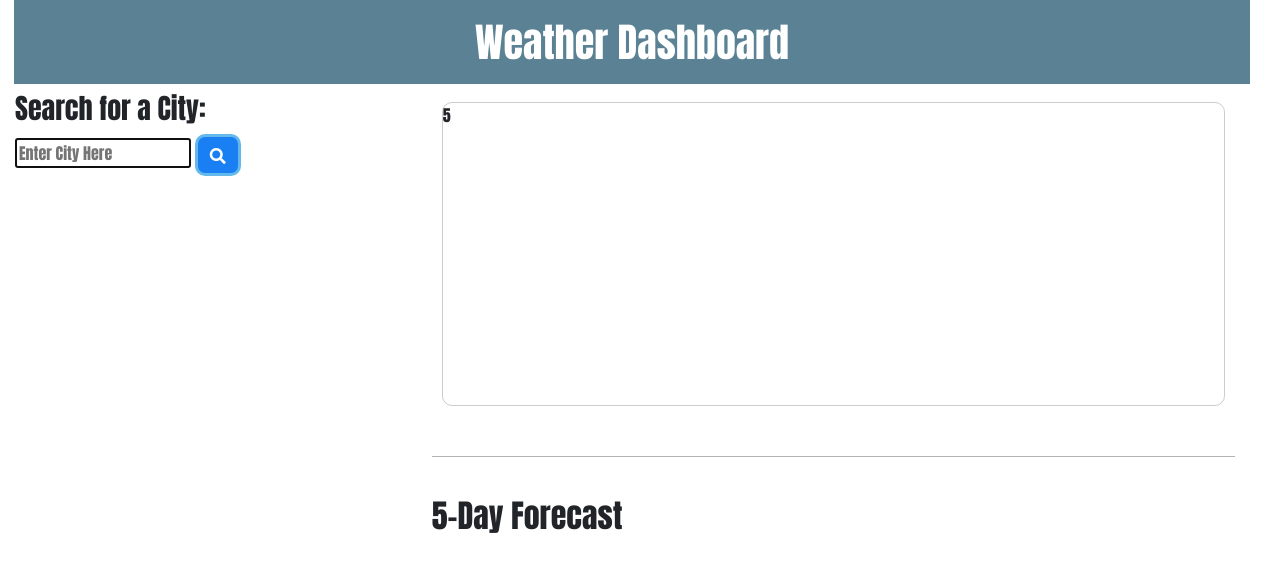
Repository: KHudaKoz/Weather-dashboard
Page: index.html
An editor plug-in stored every save of this project. The page is shown before and after the next save, followed by the edit.
The browser window is 1280 px wide. The pictures show the whole page.
Some web libraries are served in a nearby version.

Above is the page before, as saved 2021-01-29 18:52:41.

After the next save:
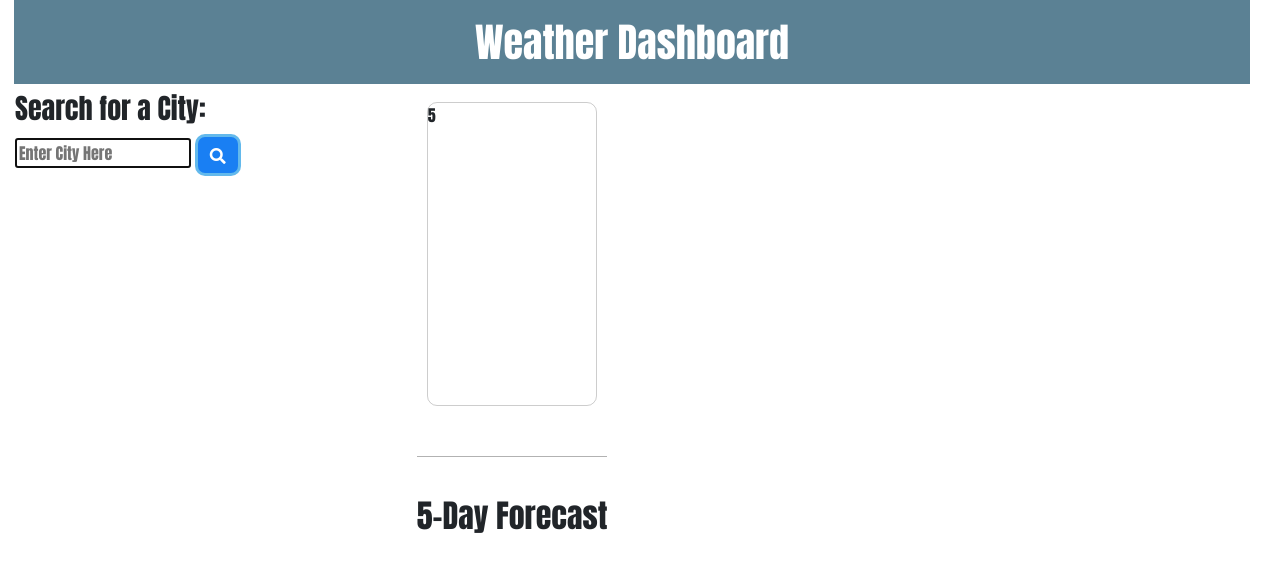
Saved 118 s later.
--- a/index.html
+++ b/index.html
@@ -44,7 +44,7 @@
                     </div>
                 </div>
             </div>
-               <div class="col col-md-8">
+               <div class="col- 8col-md-8">
             <div class="current-weather-container">
                 <div id="current-weather">5</div>
                 <div id="uv-display-styles"></div>

After the save that followed:
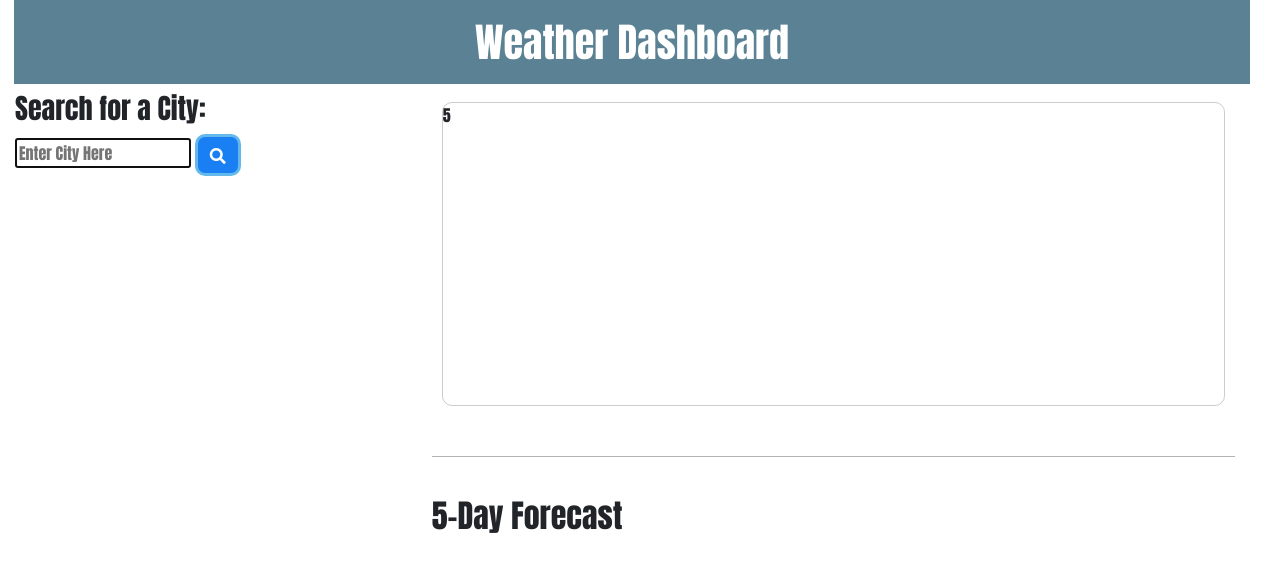
Saved 5 s later.
--- a/index.html
+++ b/index.html
@@ -44,7 +44,7 @@
                     </div>
                 </div>
             </div>
-               <div class="col- 8col-md-8">
+               <div class="col -8 col-md-8">
             <div class="current-weather-container">
                 <div id="current-weather">5</div>
                 <div id="uv-display-styles"></div>
